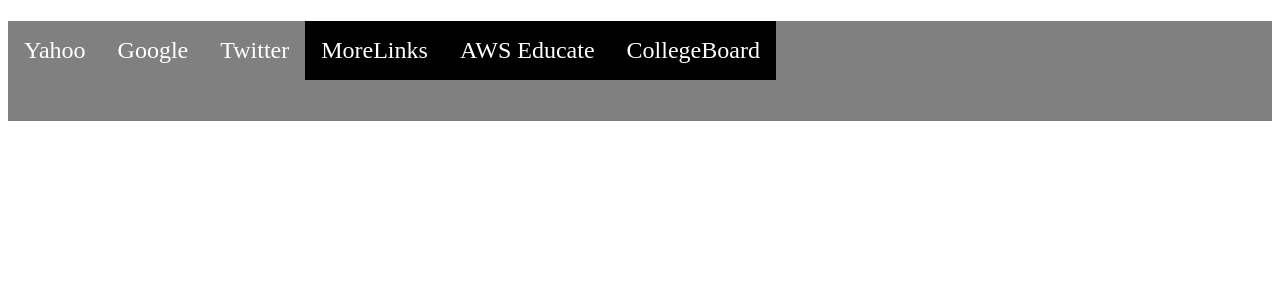
Repository: jakemj/jakemj.github.io
Page: index.html
The author's editor kept a record of every edit. The page is drawn from the files as they stood at one moment, then again after the next edit.
The browser window is 1280 px wide. The pictures show the whole page.

Above is the page before.

### index.html
<!DOCTYPE html>
<html>
<head>

    <title>Jake's Website</title>

    <style>
        .navbar {
        background-color: gray;
        width:100%;
        height:100px;
        }

        .navbar a, .morelinks {
            color:white;
            font-size: 24px;
            text-decoration:none;
            padding:16px;
            float:left;
        }

        .navbar a:hover, .morelinks:hover {
            background-color:pink;
        }

        .dropdown:hover .dropdown-content{
            display:block;
        }

        .dropdown-content{
            position:absolute;
            z-index: 1;
            display:none;
        }

        .dropdown{
            background-color: black;
            color:white;
            float:left;
            text-decoration: none;
            font-size: 24px;
        }

        .dropdown-content a{
            float:none;
            display:block;
        }




    </style>

</head>
<body>
    <div class="navbar">
        <a href="https://yahoo.com">Yahoo</a>
        <a href="https://google.com">Google</a>
        <a href="https://twitter.com">Twitter</a>
        <div class="dropdown">
            <div class="morelinks">MoreLinks</div>
            <div class="dropdown-content"></div>
            <a href='https://www.awseducate.com'>AWS Educate</a>
            <a href='https://www.collegeboard.com'>CollegeBoard</a>


    </div>
<h1></h1>
<p></p>

</body>
</html>

After the next edit:
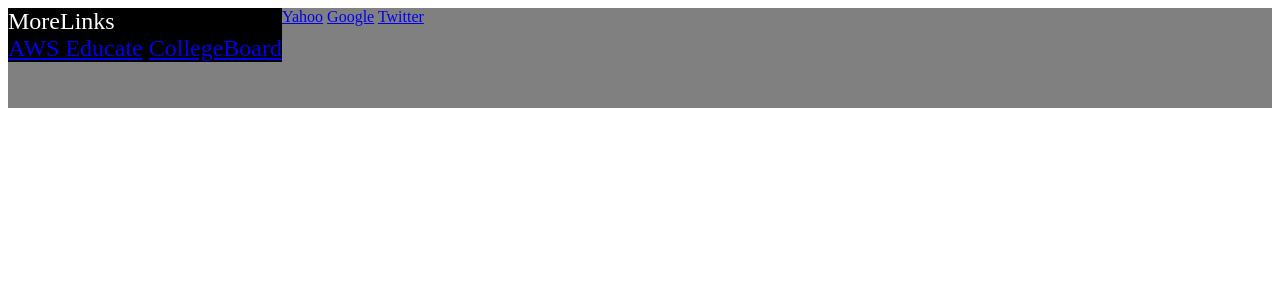
The edit:
--- a/index.html
+++ b/index.html
@@ -11,7 +11,7 @@
         height:100px;
         }
 
-        .navbar a, .morelinks {
+        .navbar a, {
             color:white;
             font-size: 24px;
             text-decoration:none;
